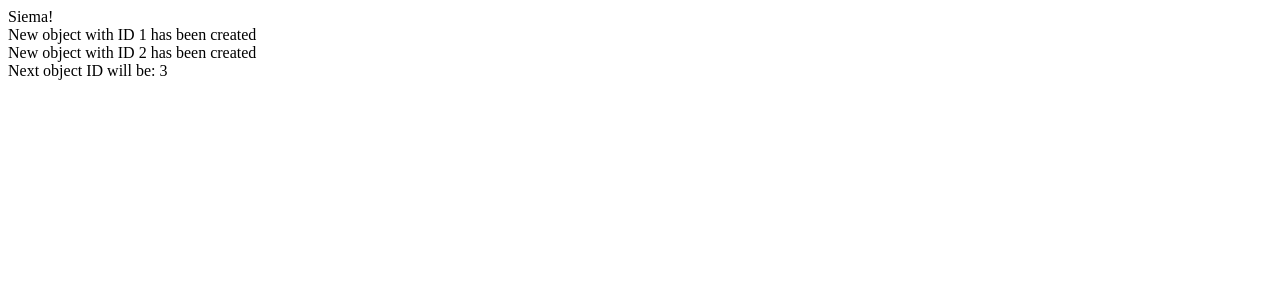
Repository: wojciechDrozd/php
Page: http://localhost/staticExample.php
The author's editor kept a copy of each file at every save. The page is drawn from the files as they stood at one save, then again after the next save.
The browser window is 1280 px wide. The pictures show the whole page.
The page is run by PHP 8.4 with error messages shown; the project is at /var/www/html/.

Above is the page before, as saved 2017-03-04 13:19:48.

After the next save:
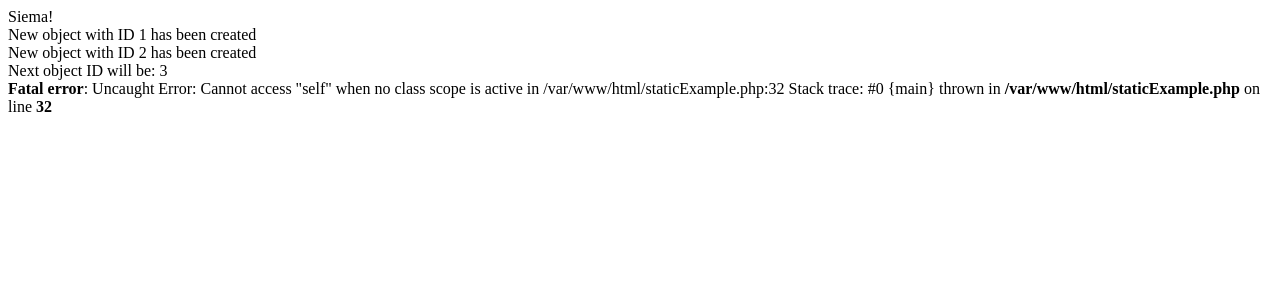
Saved 15 s later.
--- a/Pro/staticExample.php
+++ b/Pro/staticExample.php
@@ -29,4 +29,5 @@
 $object = new StaticExample();
 $object = new StaticExample();
 StaticExample::showLastObjectID();
+self::sayHello();
 ?>

After the save that followed:
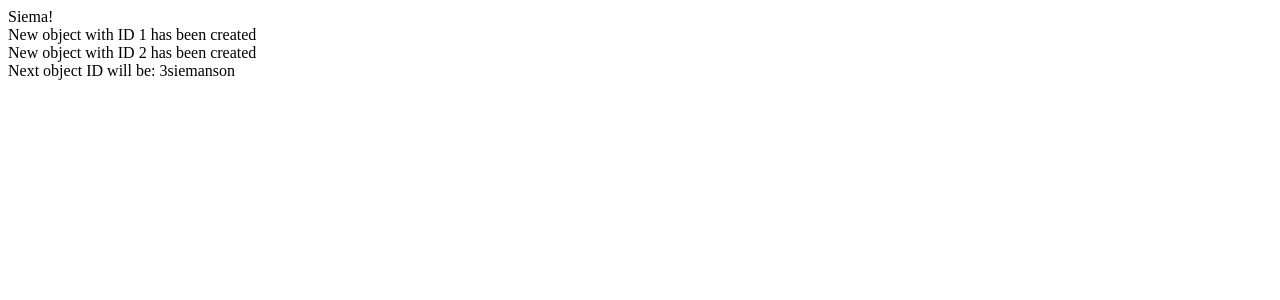
Saved 3 min 23 s later.
--- a/Pro/staticExample.php
+++ b/Pro/staticExample.php
@@ -1,5 +1,8 @@
 <?php
 
+/*
+ * static pierwsze, przed
+ */
 class StaticExample{
 
 	static public $nextID = 1;
@@ -29,5 +32,7 @@
 $object = new StaticExample();
 $object = new StaticExample();
 StaticExample::showLastObjectID();
-self::sayHello();
+StaticExample::$greeting = "siemanson";
+
+StaticExample::sayHello();
 ?>
